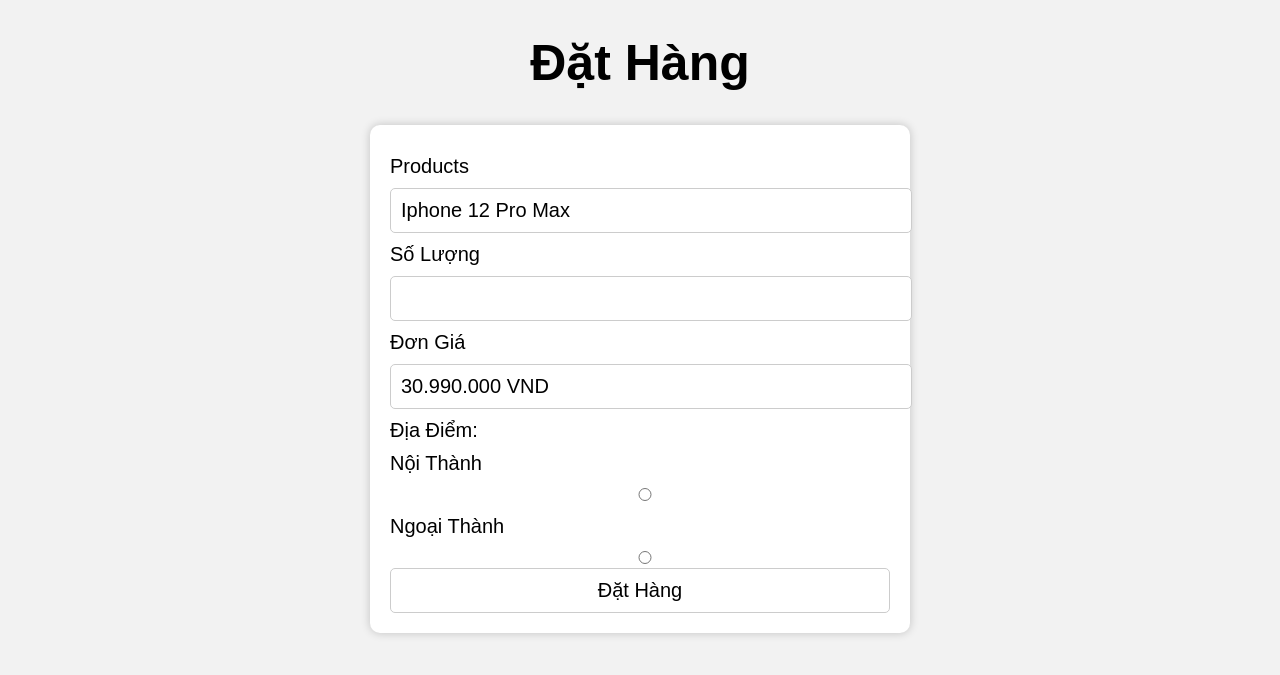
Repository: hisu87/WEB1043-JS
Page: Lab-Done-JS/Lab-7/html/Oder.html
An editor plug-in stored every save of this project. The page is shown before and after the next save, followed by the edit.
The browser window is 1280 px wide. The pictures show the whole page.

Above is the page before, as saved 2023-04-08 13:07:25.

### Lab-Done-JS/Lab-7/html/Oder.html
<!DOCTYPE html>
<html lang="en">

<head>
    <meta charset="UTF-8">
    <meta http-equiv="X-UA-Compatible" content="IE=edge">
    <meta name="viewport" content="width=device-width, initial-scale=1.0">
    <title>Oder</title>
    <style>
        body {
            background-color: #f2f2f2;
        }

        h1 {
            text-align: center;
            color: #000;
            font-size: 50px;
            font-family: Arial, Helvetica, sans-serif;
        }

        form {
            width: 500px;
            margin: 0 auto;
            background-color: #fff;
            padding: 20px;
            border-radius: 10px;
            box-shadow: 0 0 10px 0 rgba(0, 0, 0, 0.2);
        }

        label {
            display: block;
            margin: 10px 0;
            font-size: 20px;
            font-family: Arial, Helvetica, sans-serif;
        }

        input {
            width: 100%;
            padding: 10px;
            border: 1px solid #ccc;
            border-radius: 5px;
            font-size: 20px;
            font-family: Arial, Helvetica, sans-serif;
        }

        button {
            width: 100%;
            padding: 10px;
            border: 1px solid #ccc;
            border-radius: 5px;
            font-size: 20px;
            font-family: Arial, Helvetica, sans-serif;
            background-color: #fff;
            cursor: pointer;
        }

        button:hover {
            background-color: #ccc;
        }

        select {
            width: 100%;
            padding: 10px;
            border: 1px solid #ccc;
            border-radius: 5px;
            font-size: 20px;
            font-family: Arial, Helvetica, sans-serif;
        }
    </style>
</head>

<body>
    <h1>Đặt Hàng</h1>
    <form action="#">
        <label for="products">Products</label>
        <input type="text" name="products" id="products" value="Iphone 12 Pro Max">
        <label for="qty">Số Lượng</label>
        <input type="number" name="qty" id="qty">
        <label for="price">Đơn Giá</label>
        <input type="text" name="price" id="price" value="30.990.000 VND">

        <label for="">Địa Điểm:</label>
        <label for="dia_chi">Nội Thành</label>
        <input type="radio" name="dia_chi" onclick="hien_thi(false)" />
        <label for="">Ngoại Thành</label>
        <input type="radio" name="dia_chi" onclick="hien_thi(true)" />
        <div id="phi_vc" style="display: none">
            <label for="phi_vc">Phí Vận Chuyển</label>
            <input type="text" name="phi_vc" id="phi_vc" value="55.000 VND ">

        </div>
        <button type="submit" onclick="validateForm()">Đặt Hàng</button>


    </form>


    <script>

        function hien_thi(visible) {
            var phi_vc = document.getElementById("phi_vc");
            phi_vc.style.display = visible ? "" : "none";
        }

        // We can add a function to check if the user has entered data or not and display a message accordingly
        // We can also add labels to indicate where the user should enter the data
        // Here's an example implementation:

        function validateForm() {
            var product = document.getElementById("products").value;
            var storageAndRam = document.getElementById("storageandram").value;
            var color = document.getElementById("color").value;
            var diaChi = document.querySelector('input[name="dia_chi"]:checked');

            if (!product || !storageAndRam || !color || !diaChi) {
                alert("Vui lòng nhập đầy đủ thông tin");
                return false;
            }

            // We can also add a message to indicate where the user should enter the data
            // For example:
            if (!product) {
                alert("Vui lòng chọn sản phẩm");
                return false;
            }

            if (!storageAndRam) {
                alert("Vui lòng chọn dung lượng và RAM");
                return false;
            }

            if (!color) {
                alert("Vui lòng chọn màu sắc");
                return false;
            }

            if (!diaChi) {
                alert("Vui lòng chọn địa chỉ");
                return false;
            }

            // If all data is entered, we can submit the form
            return true;
        }



    </script>
</body>

</html>

After the next save:
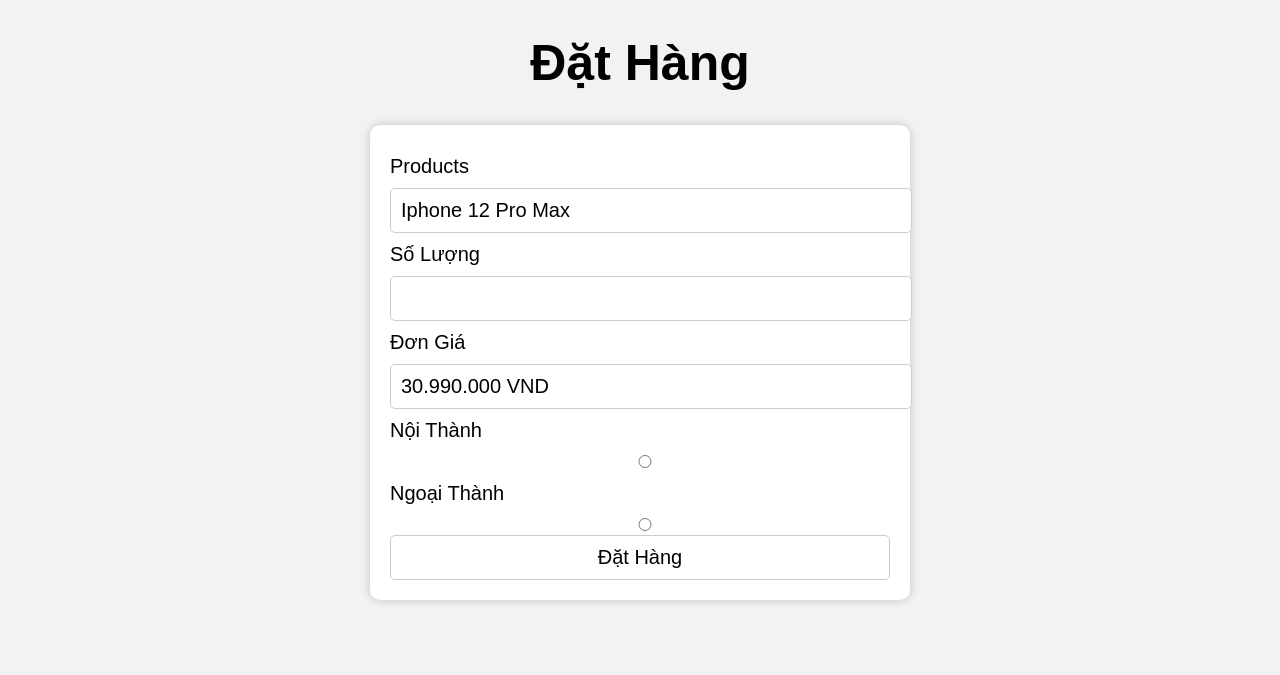
Saved 23 s later.
--- a/Lab-Done-JS/Lab-7/html/Oder.html
+++ b/Lab-Done-JS/Lab-7/html/Oder.html
@@ -79,7 +79,6 @@
         <label for="price">Đơn Giá</label>
         <input type="text" name="price" id="price" value="30.990.000 VND">
 
-        <label for="">Địa Điểm:</label>
         <label for="dia_chi">Nội Thành</label>
         <input type="radio" name="dia_chi" onclick="hien_thi(false)" />
         <label for="">Ngoại Thành</label>
